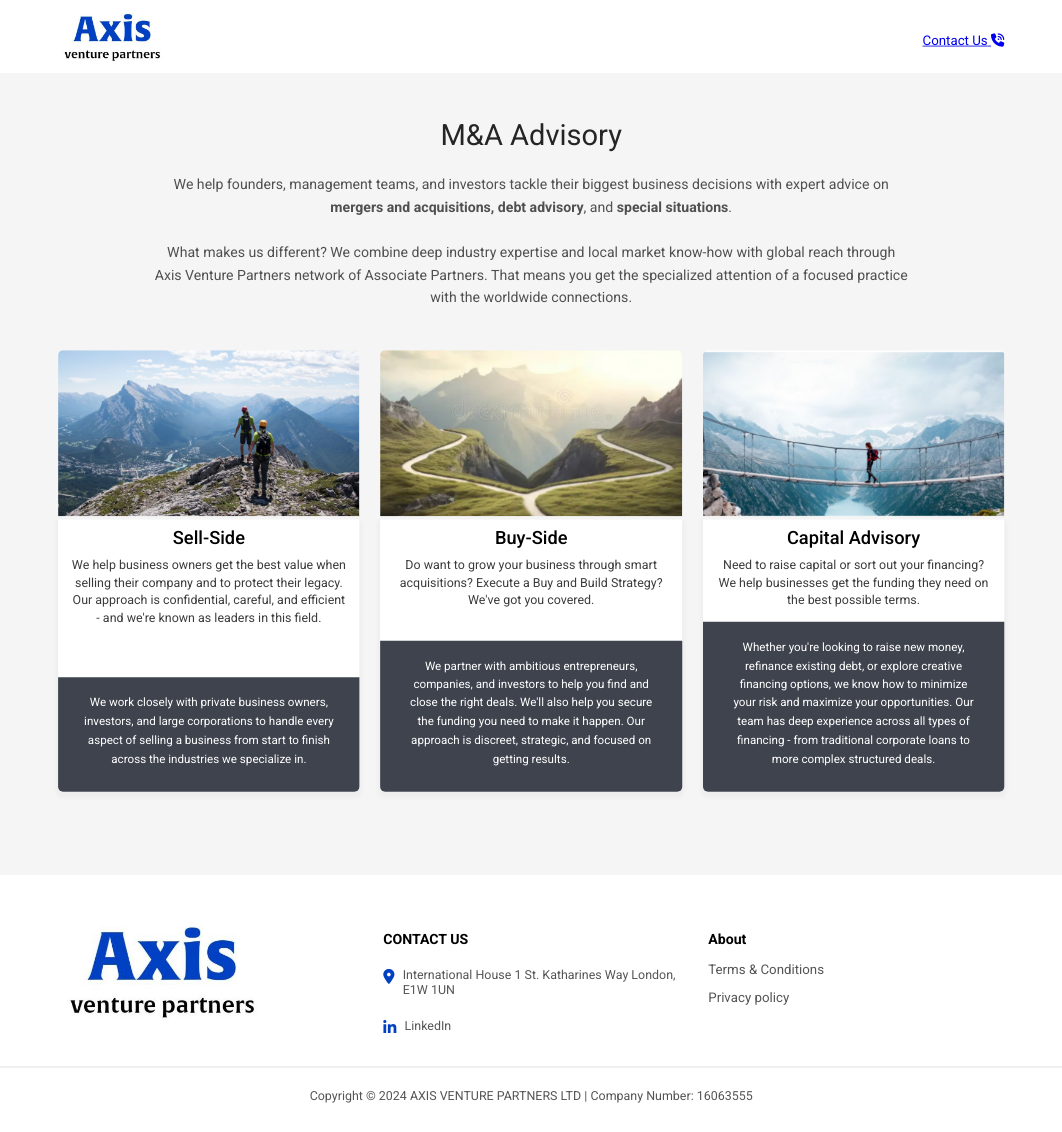
Repository: uchasowa/axisventures
Page: ma-advisory.html
An editor plug-in stored every save of this project. The page is shown before and after the next save, followed by the edit.
The browser window is 1280 px wide. The pictures show the whole page, at 83% of full size.
Some web libraries are served in a nearby version.

Above is the page before, as saved 2025-07-04 20:59:06.

After the next save:
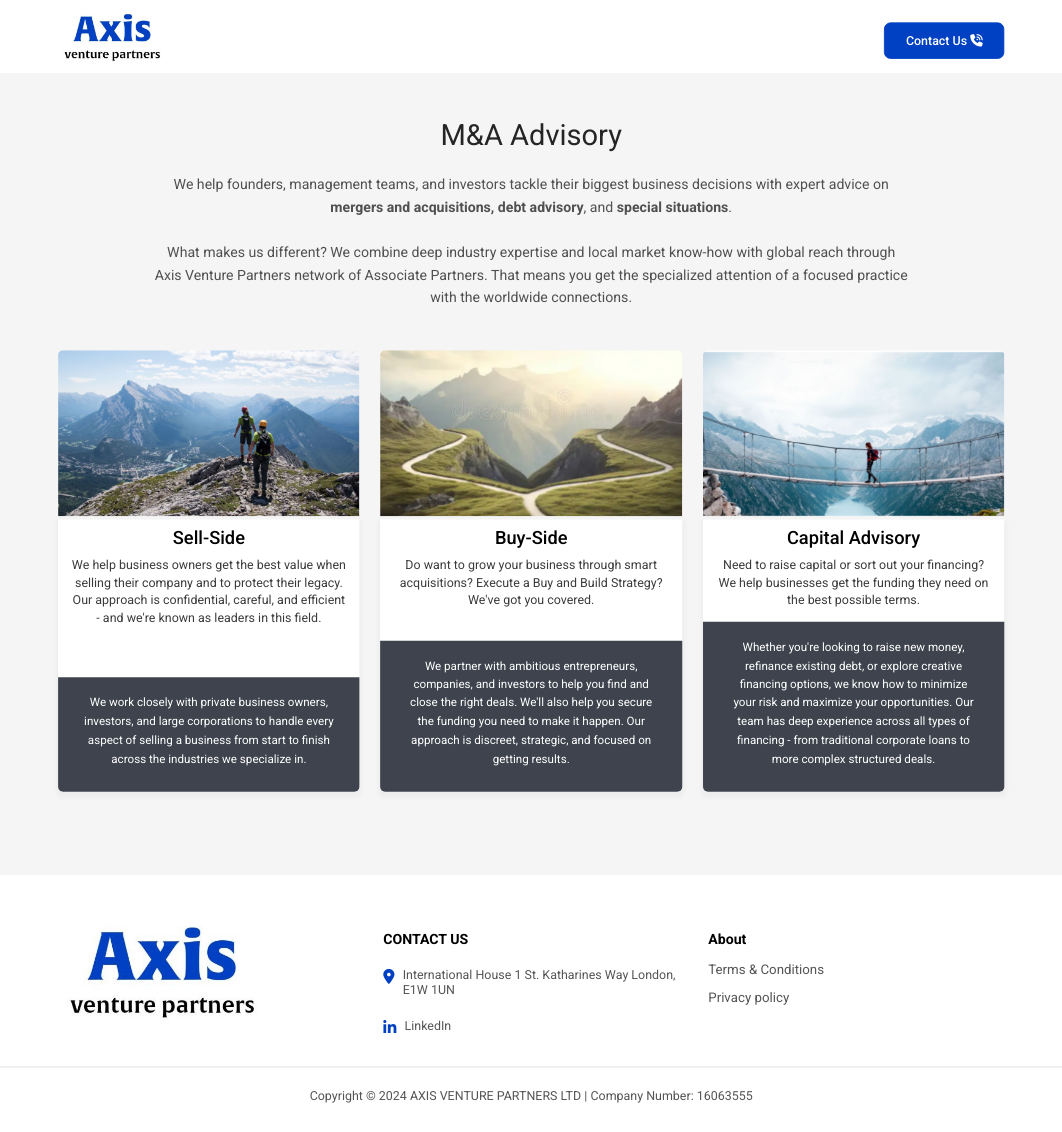
Saved 2 min 30 s later.
--- a/ma-advisory.html
+++ b/ma-advisory.html
@@ -17,7 +17,7 @@
                     <img src="./assets/logo.jpeg" alt="Axis Venture Partners Logo">
                 </a>
             </div>
-            <a href="https://2f7evz.share-eu1.hsforms.com/2scI3GD3BTHCDbXn-jbSilg" aria-label="Contact Us">
+            <a class="contact-btn" href="https://2f7evz.share-eu1.hsforms.com/2scI3GD3BTHCDbXn-jbSilg" aria-label="Contact Us">
                 <span>Contact Us</span>
                 <i class="fa-solid fa-phone-volume" aria-hidden="true"></i>
             </a>
